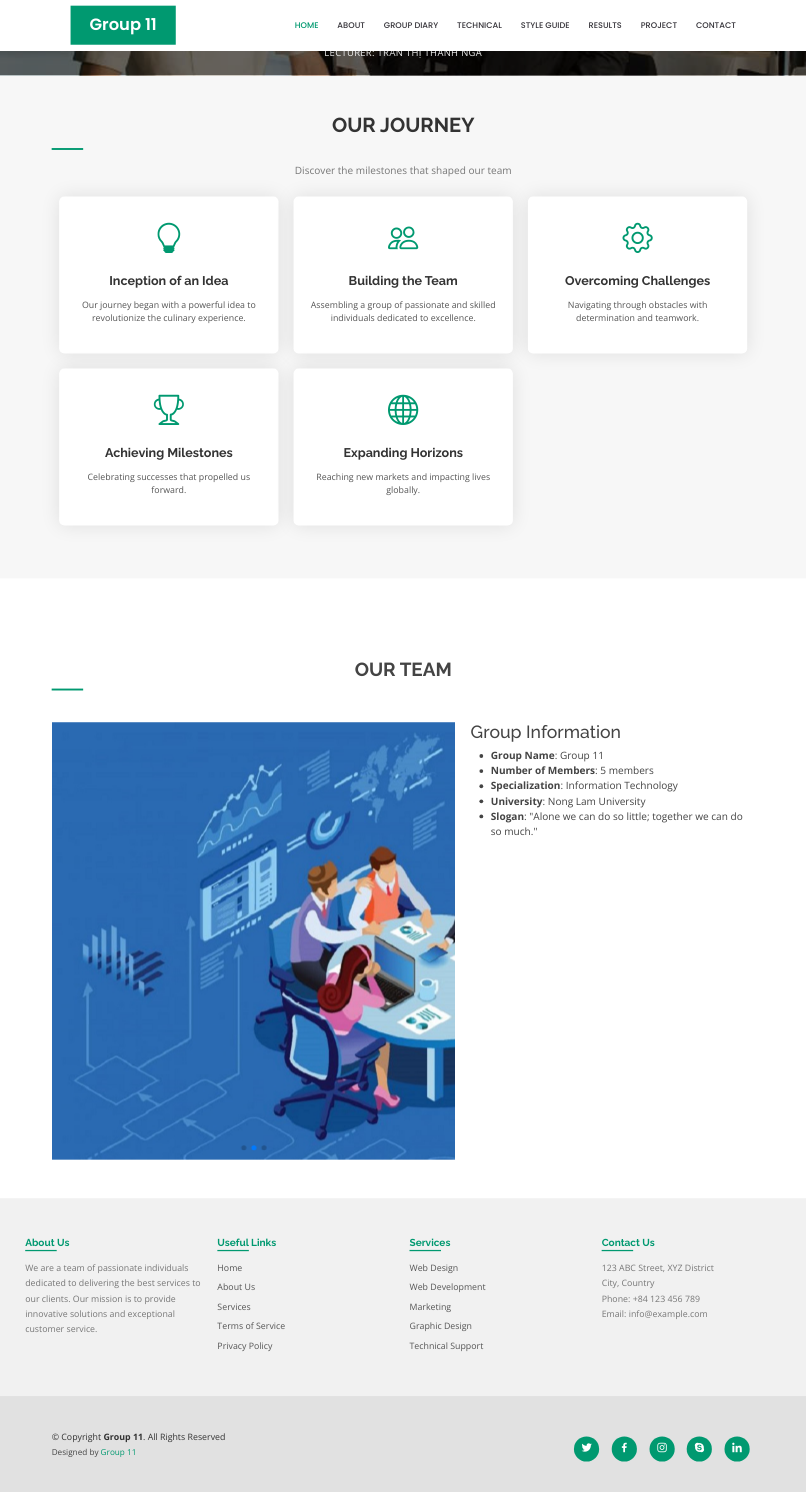
Repository: HoangKhangKhuPho4/Group_Web
Page: index.html
An editor plug-in stored every save of this project. The page is shown before and after the next save, followed by the edit.
The browser window is 1280 px wide. The pictures show the whole page, at 63% of full size.
Backgrounds fixed to the window are drawn as part of the page.

Above is the page before, as saved 2024-10-20 00:06:01.

After the next save:
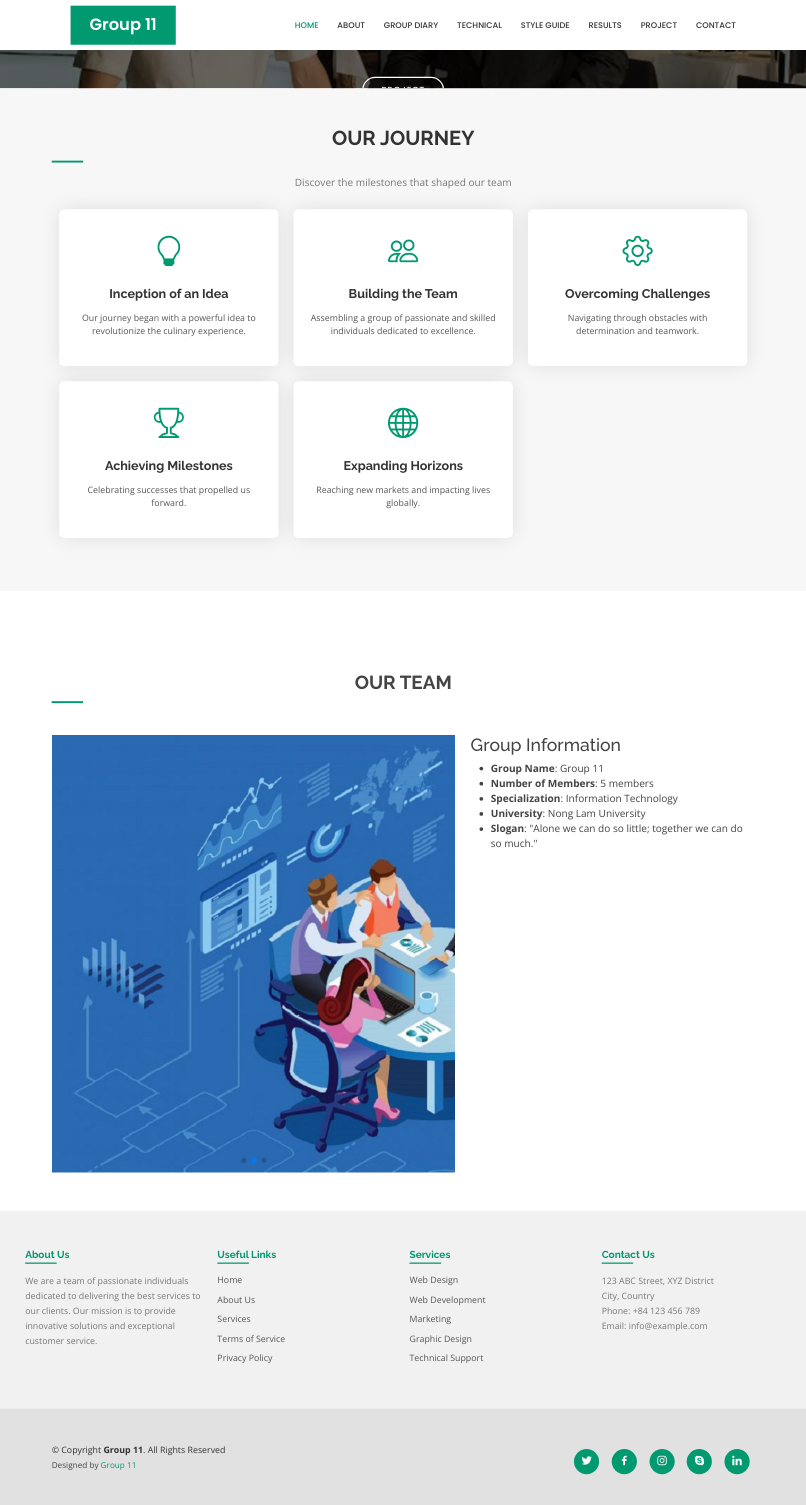
Saved 5 min 15 s later.
--- a/assets/css/style.css
+++ b/assets/css/style.css
@@ -425,10 +425,11 @@ h6 {
     background: url("../img/hero-background.jpg") center center;
     background-size: cover;
     position: relative;
+    padding-top: 80px; /* Thêm khoảng cách để tránh bị navbar che */
 }
 
 #hero .container {
-    padding-top: 80px;
+    /* padding-top: 80px; */ /* Xóa dòng này nếu có */
 }
 
 #hero:before {
@@ -566,6 +567,14 @@ section {
 
 .story-container .row {
     margin: 0;
+    display: flex;
+    flex-wrap: wrap;
+}
+
+.story-container .col-lg-4,
+.story-container .col-md-6 {
+    display: flex;
+    align-items: stretch;
 }
 
 .story-item {
@@ -577,6 +586,8 @@ section {
     transition: transform 0.3s;
     display: flex;
     flex-direction: column;
+    justify-content: flex-start;
+    height: 100%;
 }
 
 .story-item:hover {
@@ -600,12 +611,6 @@ section {
     font-size: 14px;
     color: #555;
     flex-grow: 1;
-}
-
-@media (min-width: 992px) {
-    .story-item {
-        width: auto;
-    }
 }
 
 /*--------------------------------------------------------------
